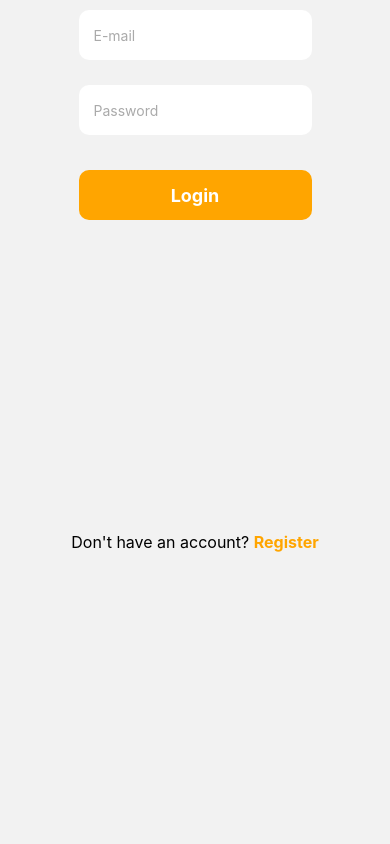
Repository: ds-mbappe/UpShoCal
Screen: /
The author's editor kept a copy of each file at every save. The screen is drawn from the files as they stood at one save, then again after the next save.
The app was drawn by React Native's web renderer in a window 390 px wide. The project was rebuilt for these pictures with package versions that can differ from the ones it lists, and the page was loaded fresh each time. Also part of the build but not shown: data.js, Screens/Home.js, Screens/Product.js, Screens/Registration.js.

Above is the screen before, as saved 2022-06-07 13:33:01.

After the next save:
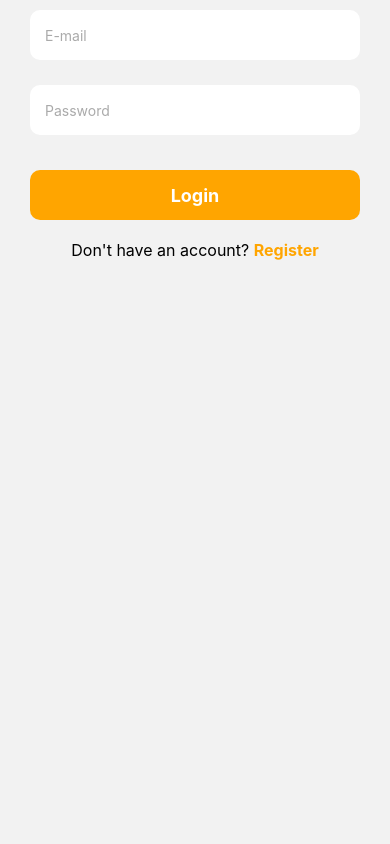
Saved 18 s later.
--- a/Screens/Login.js
+++ b/Screens/Login.js
@@ -23,7 +23,7 @@ const Login = ({ navigation }) => {
 
   return (
     <View style={styles.container}>
-      <View style={styles.fields}>
+      <ScrollView style={{ flex: 1, width: "100%" }}>
         <TextInput
           style={styles.input}
           placeholder="E-mail"
@@ -44,16 +44,15 @@ const Login = ({ navigation }) => {
         <TouchableOpacity style={styles.button} onPress={() => onLoginPress()}>
           <Text style={styles.buttonTitle}>Login</Text>
         </TouchableOpacity>
-      </View>
-
-      <View style={styles.footerView}>
-        <Text style={styles.footerText}>
-          Don't have an account?{" "}
-          <Text style={styles.footerLink} onPress={onFooterLinkPress}>
-            Register
+        <View style={styles.footerView}>
+          <Text style={styles.footerText}>
+            Don't have an account?{" "}
+            <Text style={styles.footerLink} onPress={onFooterLinkPress}>
+              Register
+            </Text>
           </Text>
-        </Text>
-      </View>
+        </View>
+      </ScrollView>
     </View>
   );
 };
